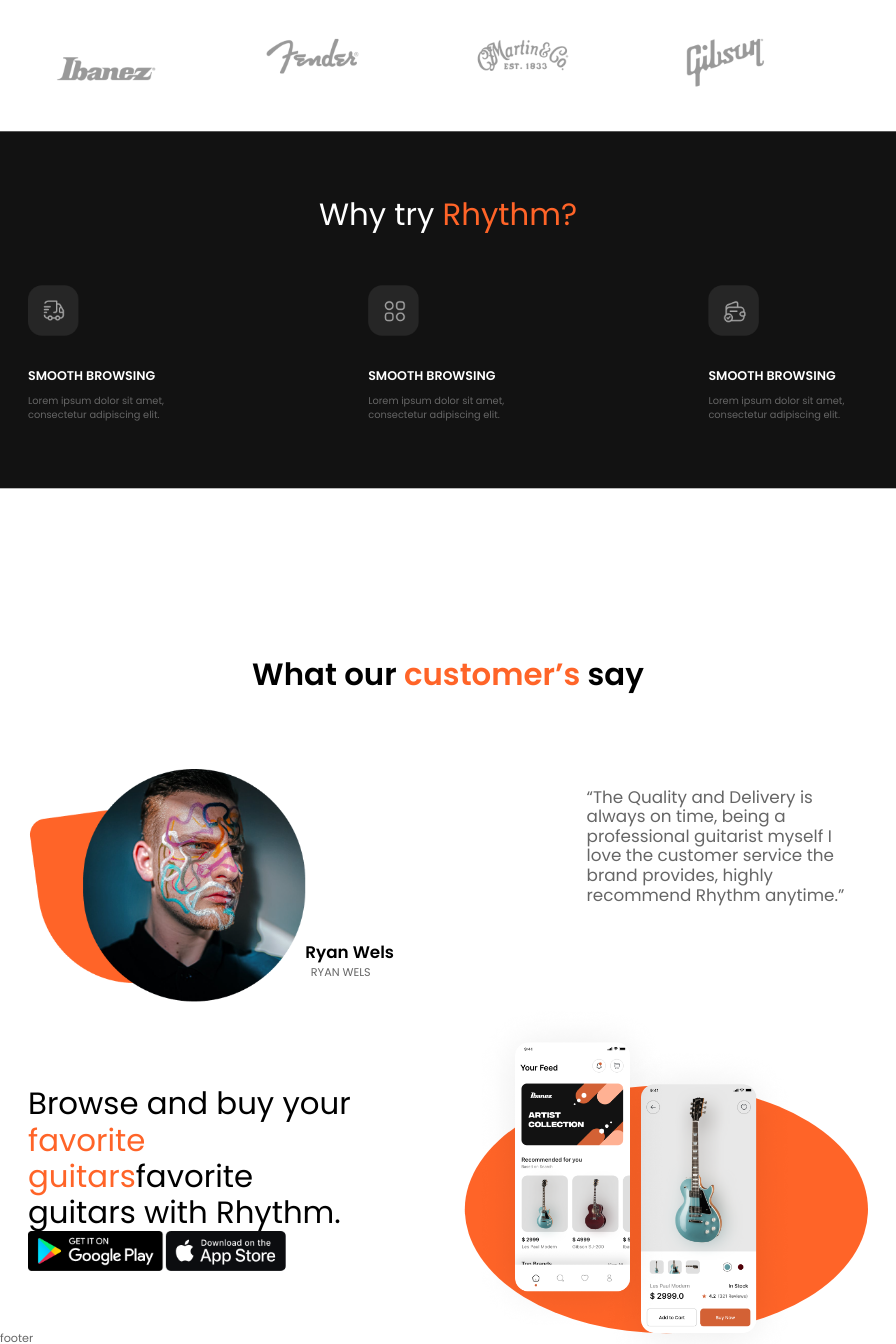
Repository: MorgunovaAlexandra/verstka-gitare-store
Page: index.html
The author's editor kept a copy of each file at every save. The page is drawn from the files as they stood at one save, then again after a run of saves.
The browser window is 1280 px wide. The pictures show the part of the page from y = 2622 to 4542 px (the page is 4542 px tall), at 70% of full size.

Above is the page before, as saved 2022-06-11 20:07:35.

After the next 2 saves:
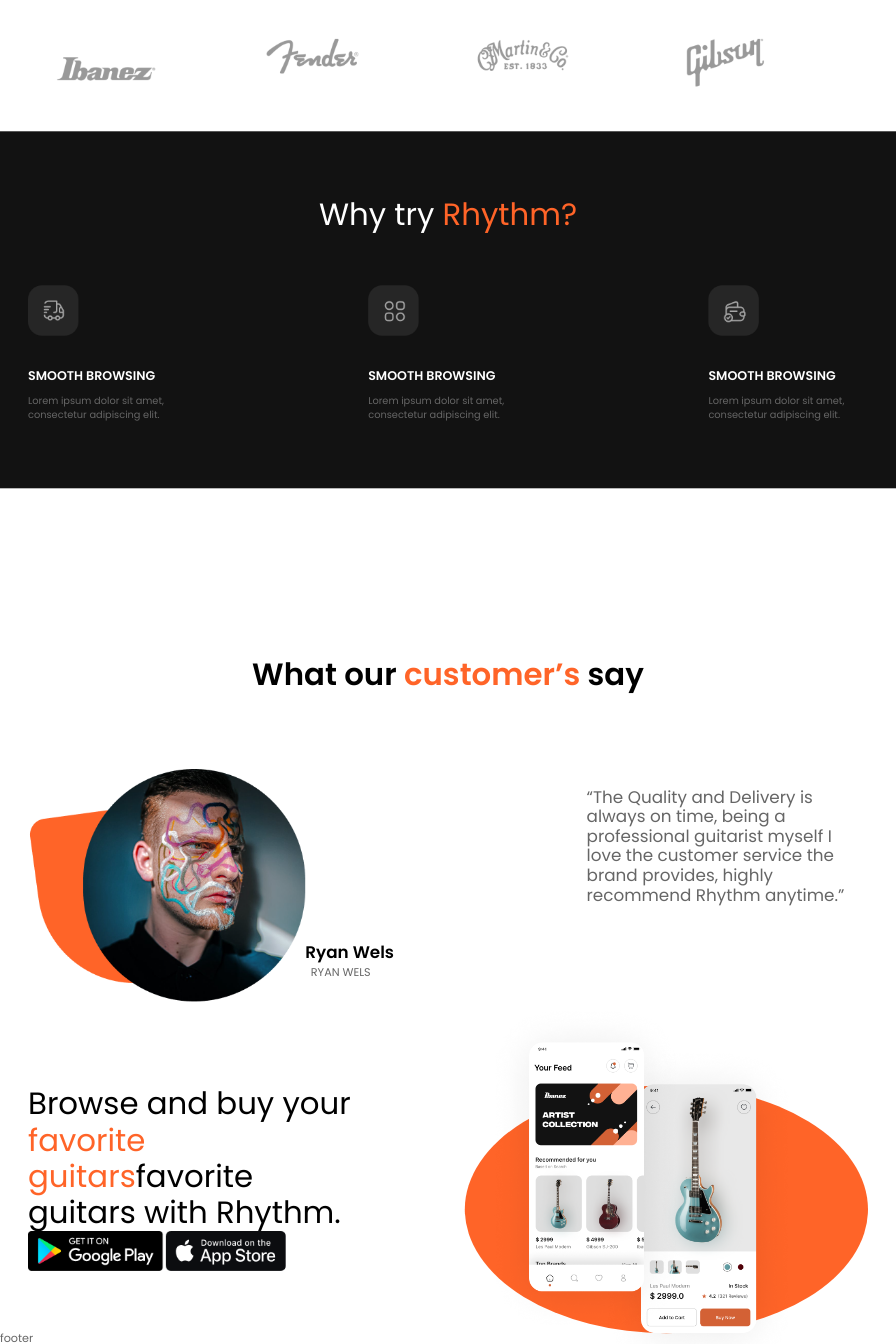
The 2 saves are shown as one change because they came seconds apart.
The last was saved 25 s later.
--- a/style.css
+++ b/style.css
@@ -547,6 +547,6 @@
 .browse_img-2{
     position: absolute;
     top:-120px;
-    left: 10px;
+    left: 30px;
     width: 50%;
 }

After the save that followed:
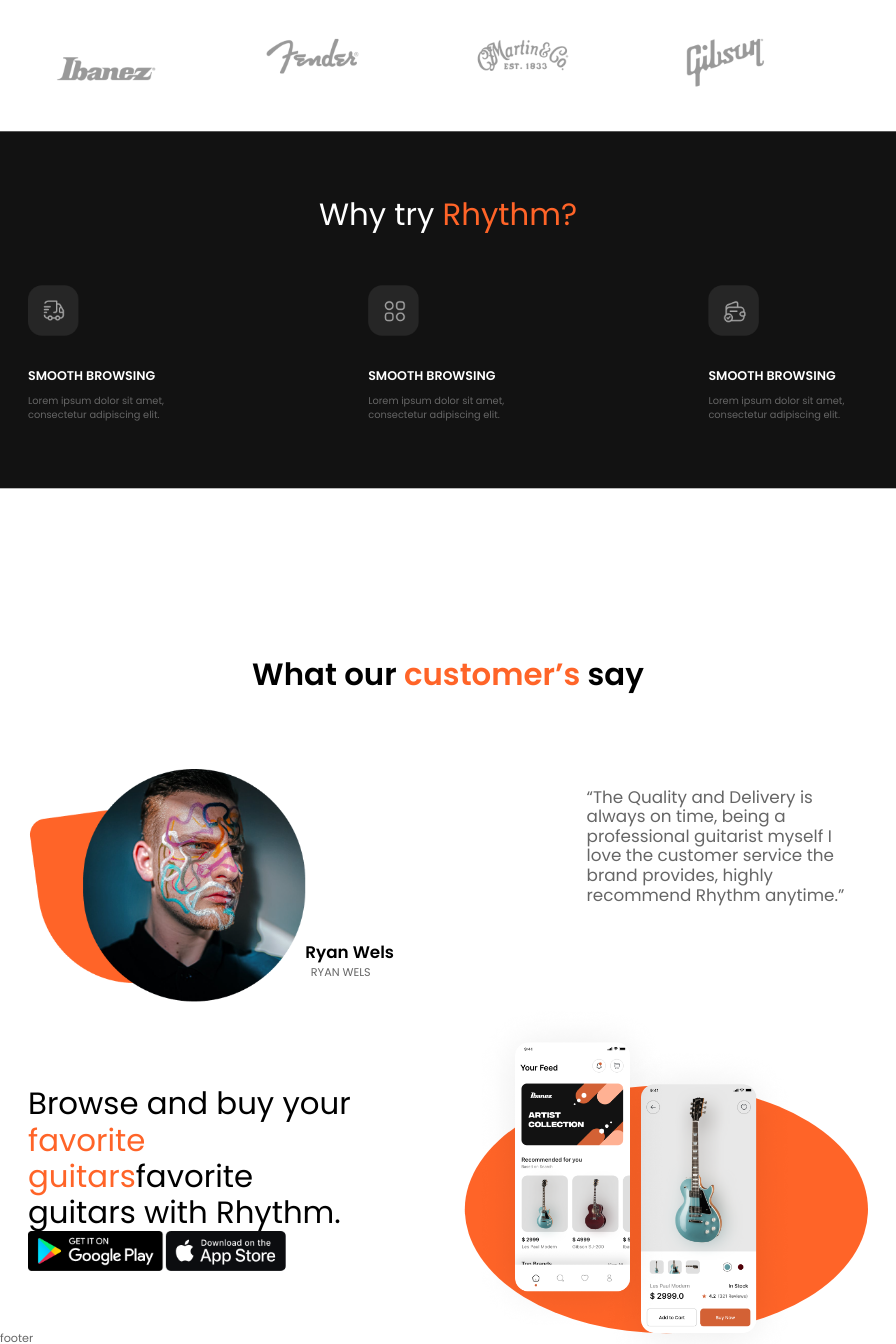
Saved 7 s later.
--- a/style.css
+++ b/style.css
@@ -547,6 +547,6 @@
 .browse_img-2{
     position: absolute;
     top:-120px;
-    left: 30px;
+    left: 10px;
     width: 50%;
 }
